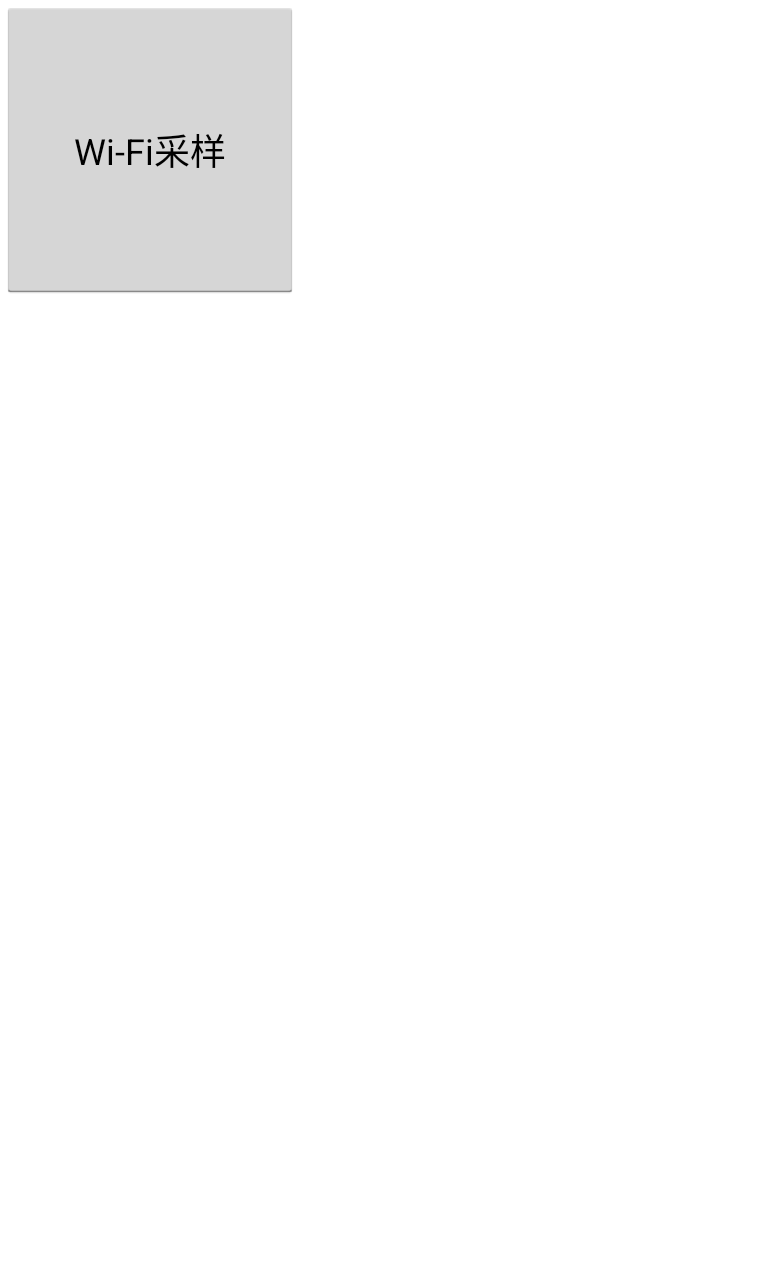
Repository: RenchuSong/tMap_Android
Layout: tmap_model_tool/res/layout/navigation.xml
These files come from the project's save history. The layout is drawn as it stood at one moment and after the next save; the edit follows.
It is drawn on a 768 x 1280 px phone screen (xhdpi) without system bars, with theme AppTheme; the app's code is not run.

Above is the layout before, as saved 2014-05-11 18:51:52.

After the next save:
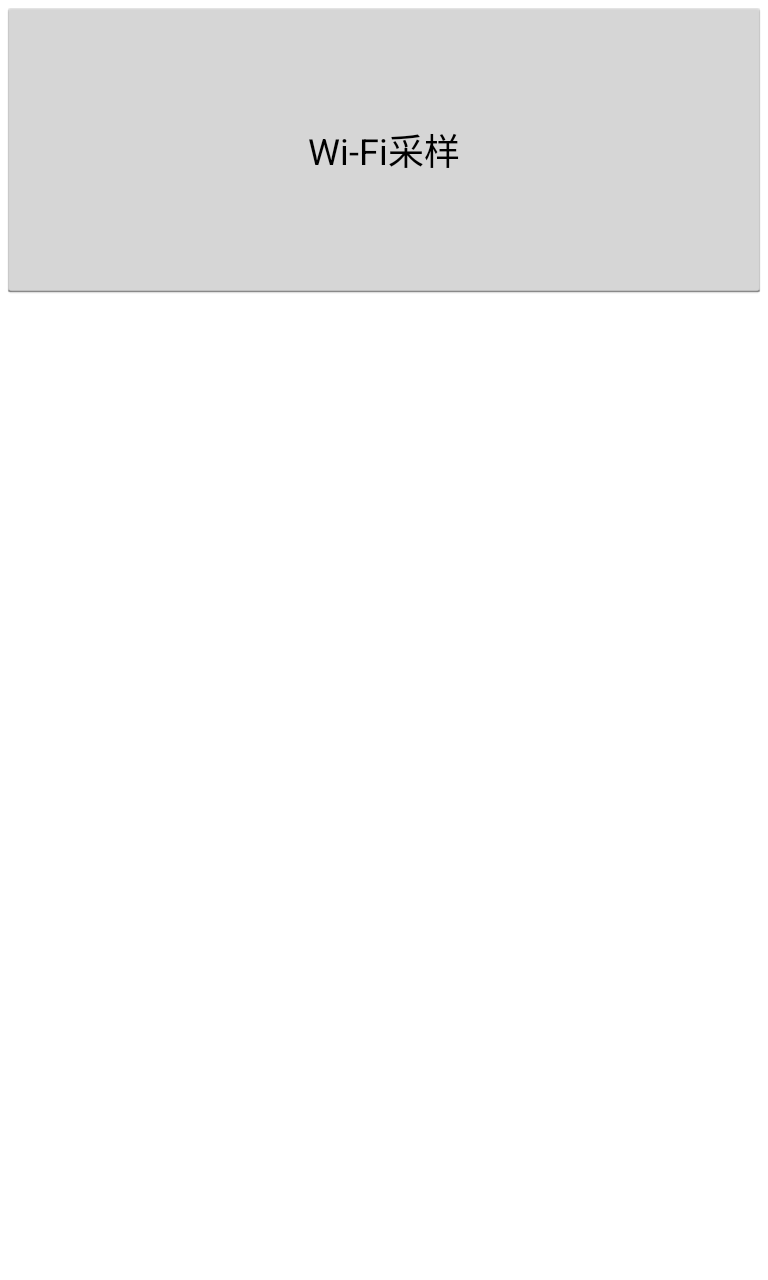
Saved 29 s later.
--- a/tmap_model_tool/res/layout/navigation.xml
+++ b/tmap_model_tool/res/layout/navigation.xml
@@ -6,7 +6,7 @@
 
     <Button
         android:id="@+id/sampleBtn"
-        android:layout_width="150dp"
+        android:layout_width="match_parent"
         android:layout_height="150dp"
         android:text="Wi-Fi采样" />
 
